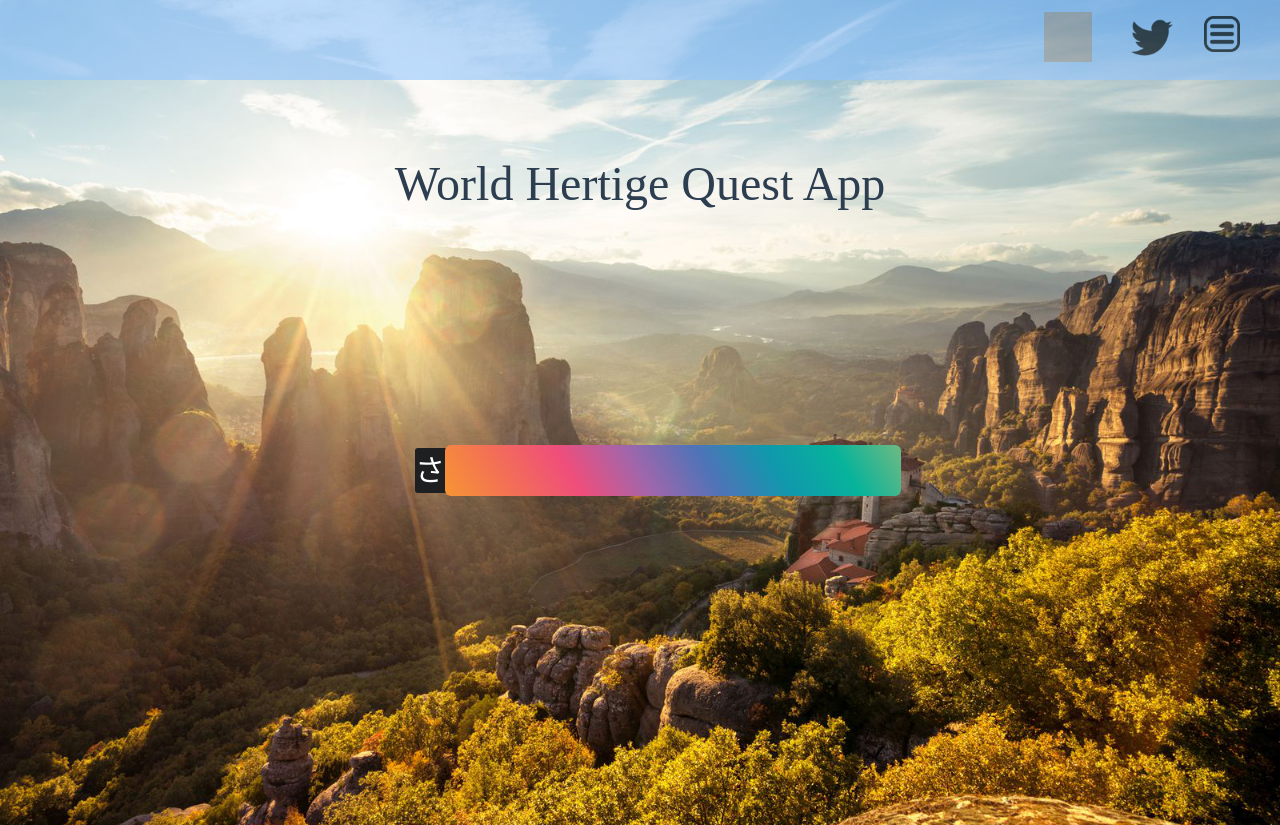
Repository: hashiz008/World-Heritage-Travel-App
Page: /
These files come from the project's save history. The page is drawn as it stood at one moment and after the next save; the edit follows.
The browser window is 1280 px wide. The pictures show the whole page.
Pictures or frames that could not be fetched are drawn as grey boxes. Some web fonts or font styles are not loaded; a fallback is used. The project was rebuilt for these pictures with package versions that can differ from the ones it lists, and the page was loaded fresh each time. Also part of the build but not shown: vue.config.js.

Above is the page before, as saved 2022-01-25 11:34:01.

### src/App.vue
<template>
    <div id="nav"></div>
    <router-view />
</template>

<style>
#app {
    font-family: Avenir, Helvetica, Arial, sans-serif;
    -webkit-font-smoothing: antialiased;
    -moz-osx-font-smoothing: grayscale;
    text-align: center;
    color: #2c3e50;
}

#nav {
    padding: 30px;
}

#nav a {
    font-weight: bold;
    color: #2c3e50;
}

#nav a.router-link-exact-active {
    color: #42b983;
}
</style>

### src/router/index.ts
import { createRouter, createWebHistory, RouteRecordRaw } from 'vue-router'
import TopPage from '../views/TopPage.vue'

const routes: Array<RouteRecordRaw> = [
  {
    path: '/',
    name: 'TopPage',
    component: TopPage
  },
  {
    path: '/mainPage',
    name: 'MainPage',
    // route level code-splitting
    // this generates a separate chunk (about.[hash].js) for this route
    // which is lazy-loaded when the route is visited.
    component: () => import(/* webpackChunkName: "about" */ '../views/MainPage.vue')
  }
]

const router = createRouter({
  history: createWebHistory(process.env.BASE_URL),
  routes
})

export default router

### src/views/TopPage.vue
<template>
    <div class="backImgDiv">
        <div class="backImg">
            <div class="menu bg-blue-300 opacity-60 pr-10 flex justify-end">
                <input id="nav-input" type="checkbox" class="input invisible" />
                <div
                    class="rounded-full hover:bg-blue-100 hover:opacity-80 w-14 h-14 mt-1 mr-7 pt-2 pl-2"
                >
                    <a href="https://github.com/hashiz008"
                        ><img
                            class="cursor-pointer githubIcon"
                            src="../img//githubIcon.png"
                            alt="githubIcon"
                    /></a>
                </div>
                <div
                    class="rounded-full hover:bg-blue-100 hover:opacity-80 w-14 h-14 mr-7 mt-1 pt-2 pl-2"
                >
                    <a href="https://twitter.com/hashiz008"
                        ><img
                            class="cursor-pointer twitterIcon"
                            src="../img//twitterIcon2.png"
                            alt="twitter"
                    /></a>
                </div>
                <label for="nav-input"
                    ><img
                        class="cursor-pointer mt-4 w-9 h-9"
                        src="../img/menuIcon.png"
                        alt="menuIcon"
                /></label>
                <div class="detail pt-10 text-white">
                    <h2 class="text-4xl">世界遺産探検アプリの紹介</h2>
                    <p class="pt-5 text-2xl">
                        このアプリは好きな数字を入力してshowボタンを押すと世界遺産の画像と名前、国名が表示されます。
                    </p>
                    <p class="pt-5 text-2xl">
                        また,それと連動してGoogleMapにピンポイントでその遺産がある場所にMarkerされます。そしてダウンロードボタンを押すと画像がダウンロードされます。
                    </p>
                    <ul class="pt-5">
                        <li class="text-2xl">ヨーロッパ編: 0~10</li>
                        <li class="text-2xl">アメリカ編: 11~20</li>
                        <li class="text-2xl">アジア編: 21~30</li>
                    </ul>
                    <p class="text-2xl pt-3">
                        いずれデータを追加する予定です。
                    </p>
                </div>
            </div>
            <div class="titleDiv flex justify-center pt-40">
                <h1 class="title text-5xl">World Hertige Quest App</h1>
            </div>
            <div class="startBtn startBtns flex justify-center">
                <!-- <router-link
                    class="shadow-2xl text-white hover:opacity-70 hover:border-blue-800 hover:bg-blue-600 rounded-full py-2 px-4 border-2 border-blue-500"
                    to="/mainPage"
                    >さあ、世界の旅の始まりですよ！</router-link
                > -->
                <router-link class="router shadow-2xl text-white" to="/mainPage"
                    >さあ、世界の旅の始まりですよ！</router-link
                >
            </div>
        </div>
    </div>
</template>

<script>
// @ is an alias to /src
export default {
    name: "Home",
};
</script>

<style scoped="lang">
@import url("https://fonts.googleapis.com/css2?family=M+PLUS+2:wght@700&family=Playfair+Display:wght@500&display=swap");
@import url("https://fonts.googleapis.com/css?family=Raleway:200");
.backImgDiv {
    margin-top: -60px;
}
.backImg {
    background-image: url("../assets/startPage.png");
    background-repeat: no-repeat;
    background-size: cover;
    background-position: center center;
    width: 100%;
    height: 825px;
}
.menu {
    position: fixed;
    width: 100%;
    height: 80px;
}
.detail {
    width: 100%;
    height: 100%;
    position: fixed;
    left: 0;
    margin-top: 80px;
    display: none;
    background-color: #112129;
    animation: detail 2s;
}
@keyframes detail {
    0% {
        transform-origin: bottom;
        transform: scaleY(0);
    }
}
#nav-input:hover ~ .detail {
    display: block;
}
#input:hover ~ .titleDiv {
    display: none;
}
.titleDiv {
    animation: title 2s;
}
@keyframes title {
    0% {
        transform: rotate(0deg);
    }
    100% {
        transform: rotate(360deg);
    }
}
.title {
    font-family: "Libre Baskerville", serif;
}
.githubIcon {
    width: 50px;
    height: 50px;
}
.twitterIcon {
    width: 50px;
    height: 50px;
}
.startBtn {
    font-size: 30px;
    margin-top: 15rem;
}
.router {
     --borderWidth: 3px;
     background: #1d1f20;
     position: relative;
     border-radius: var(--borderWidth);
}
.router:after {
    content: "";
    position: absolute;
    top: calc(-1 * var(--borderWidth));
    left: calc(10 * var(--borderWidth));
    height: calc(100% + var(--borderWidth) * 2);
    width: calc(100% + var(--borderWidth) * 2);
    background: linear-gradient(
        60deg,
        #f79533,
        #f37055,
        #ef4e7b,
        #a166ab,
        #5073b8,
        #1098ad,
        #07b39b,
        #6fba82
    );
    border-radius: calc(2 * var(--borderWidth));
    z-index: 1;
    animation: animatedgradient 3s ease alternate infinite;
    /* background-size: 300% 300%; */
}

@keyframes animatedgradient {
    0% {
        background-position: 0% 50%;
    }
    50% {
        background-position: 100% 50%;
    }
    100% {
        background-position: 0% 50%;
    }
}
</style>

Loaded but not shown: src/main.ts (common file); src/index.css (common file); tailwind.config.js (common file)

After the next save:
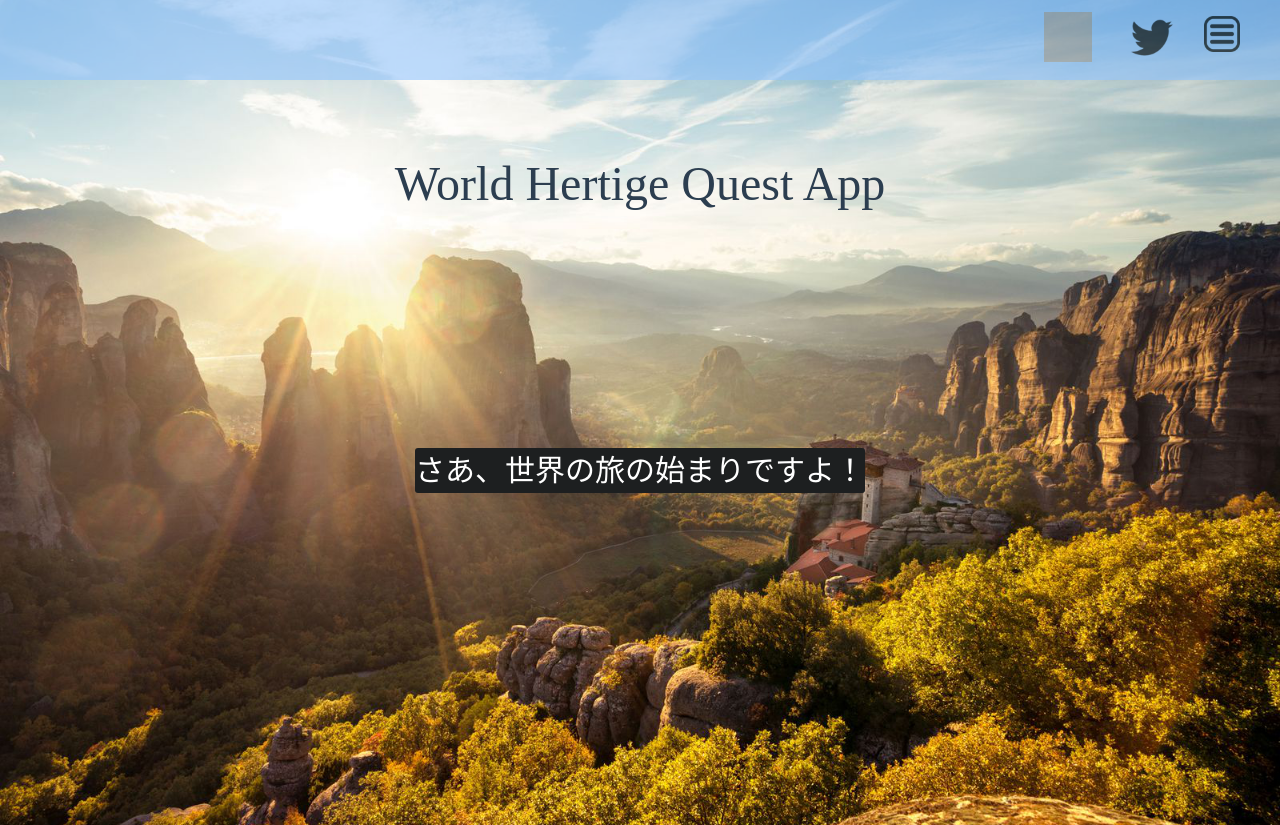
Saved 24 s later.
--- a/src/views/TopPage.vue
+++ b/src/views/TopPage.vue
@@ -144,7 +144,7 @@
      position: relative;
      border-radius: var(--borderWidth);
 }
-.router:after {
+.startBtn:after {
     content: "";
     position: absolute;
     top: calc(-1 * var(--borderWidth));

After the save that followed:
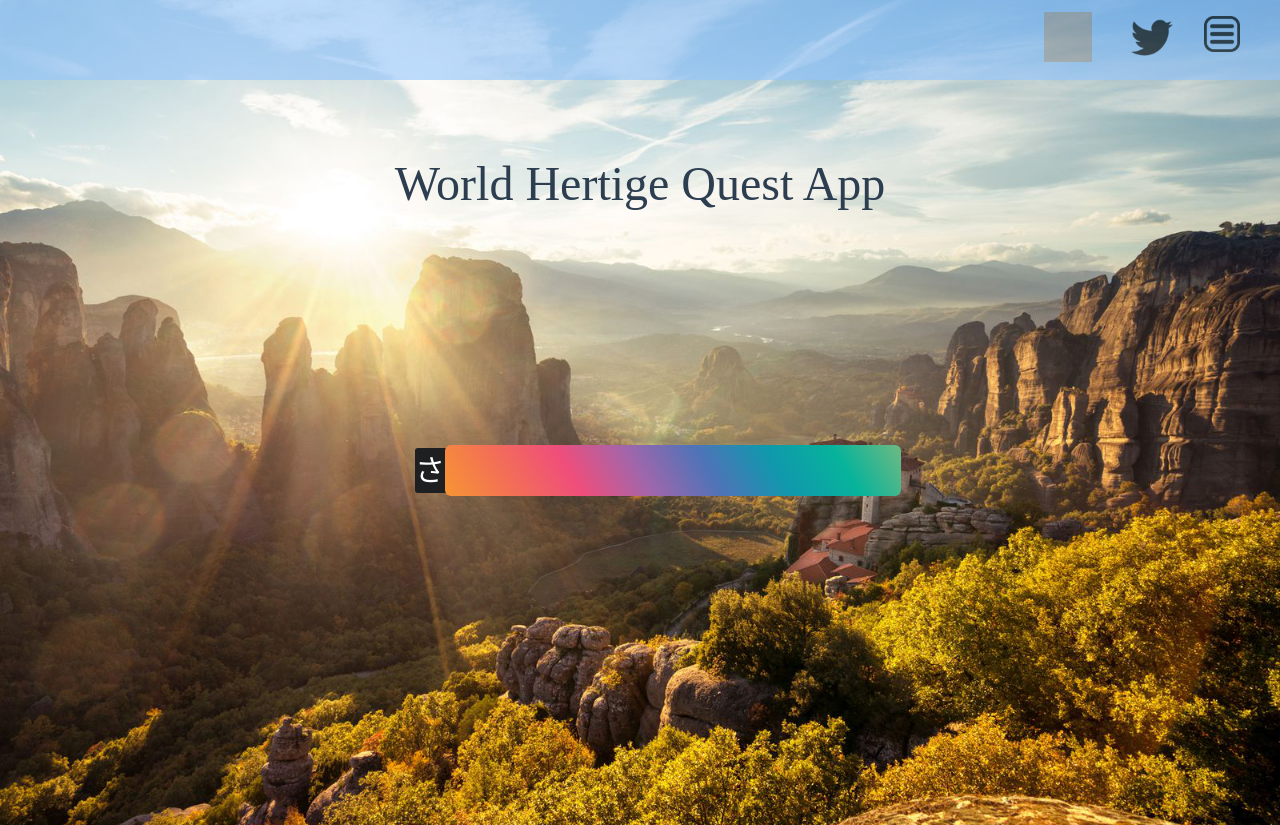
Saved 9 s later.
--- a/src/views/TopPage.vue
+++ b/src/views/TopPage.vue
@@ -144,7 +144,7 @@
      position: relative;
      border-radius: var(--borderWidth);
 }
-.startBtn:after {
+.router:after {
     content: "";
     position: absolute;
     top: calc(-1 * var(--borderWidth));
